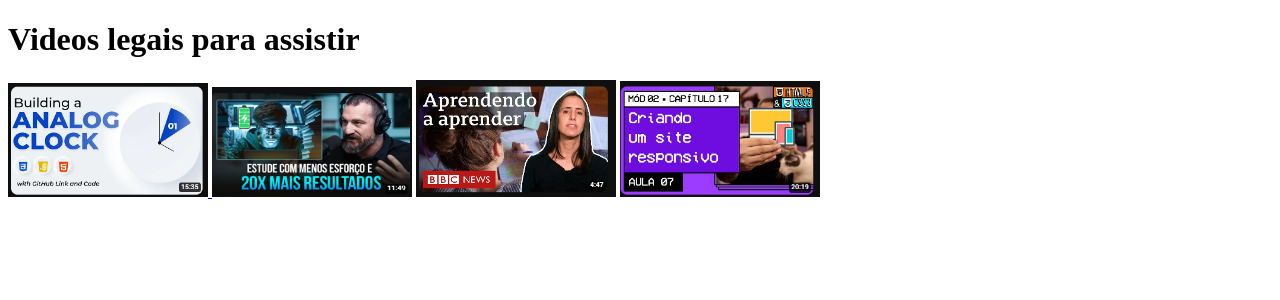
Repository: GabrielTrevisanMargrander/Html-Css
Page: Exercicios/ex012/desafio/index.html
An editor plug-in stored every save of this project. The page is shown before and after a run of saves, followed by the edit.
The browser window is 1280 px wide. The pictures show the whole page.

Above is the page before, as saved 2023-05-31 20:33:55.

After the next 2 saves:
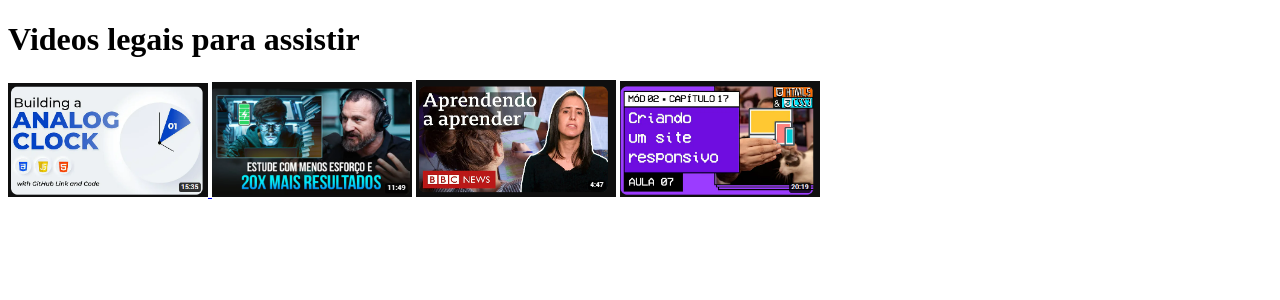
The 2 saves are shown as one change because they came seconds apart.
The last was saved 5 s later.
--- a/Exercicios/ex012/desafio/index.html
+++ b/Exercicios/ex012/desafio/index.html
@@ -12,7 +12,7 @@
     </h1>
 
 <a href="autor.html" target="_blank"> <img src="iamgens/imagem1.png" alt="nem sei" width="200px"> </a>
-<a href="ingles.html"> <img src="iamgens/imagem2.png" width="200px" height="110px" alt=""></a>
+<a href="ingles.html"> <img src="iamgens/imagem2.png" width="200px" height="115px" alt=""></a>
 <a href="passos.html"> <img src="iamgens/imagem3.png" width="200px" alt=""></a>
 <a href="zero.html"> <img src="iamgens/imagem4.png" width="200px" alt=""></a>
 
